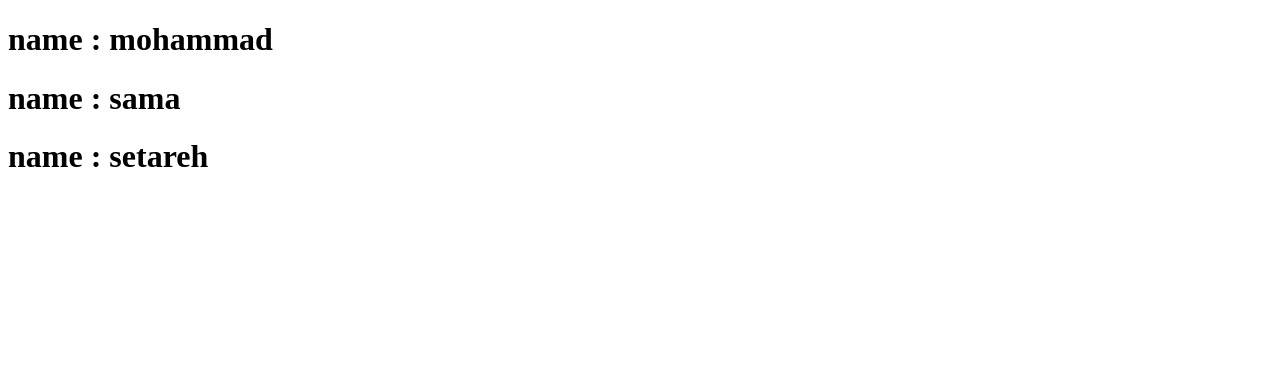
Repository: samsoli/React
Page: /
These files come from the project's save history. The page is drawn as it stood at one moment and after the next save; the edit follows.
The browser window is 1280 px wide. The pictures show the whole page.
The project was rebuilt for these pictures with package versions that can differ from the ones it lists, and the page was loaded fresh each time.

Above is the page before, as saved 2024-06-15 10:23:23.

After the next save:
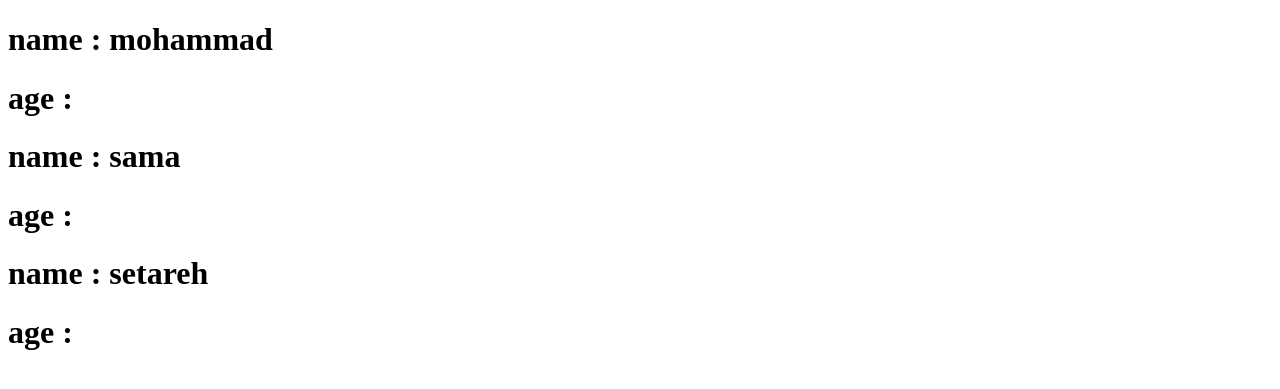
Saved 2 min 9 s later.
--- a/src/users/User.js
+++ b/src/users/User.js
@@ -4,6 +4,7 @@
     return (
         <div>
             <h1>name : {props.name}</h1>
+            <h1>age : {props.age}</h1>
         </div>
     )
 }

After the save that followed:
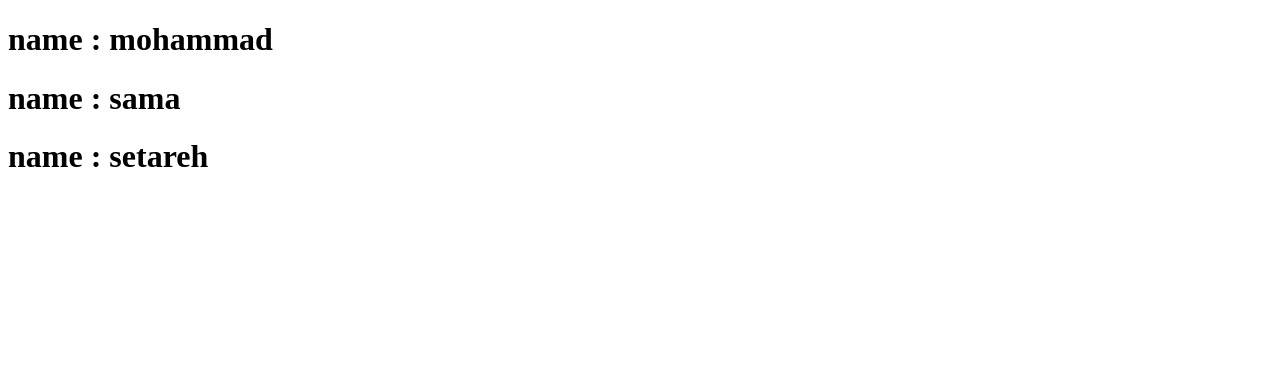
Saved 43 s later.
--- a/src/users/User.js
+++ b/src/users/User.js
@@ -4,7 +4,6 @@
     return (
         <div>
             <h1>name : {props.name}</h1>
-            <h1>age : {props.age}</h1>
         </div>
     )
 }
